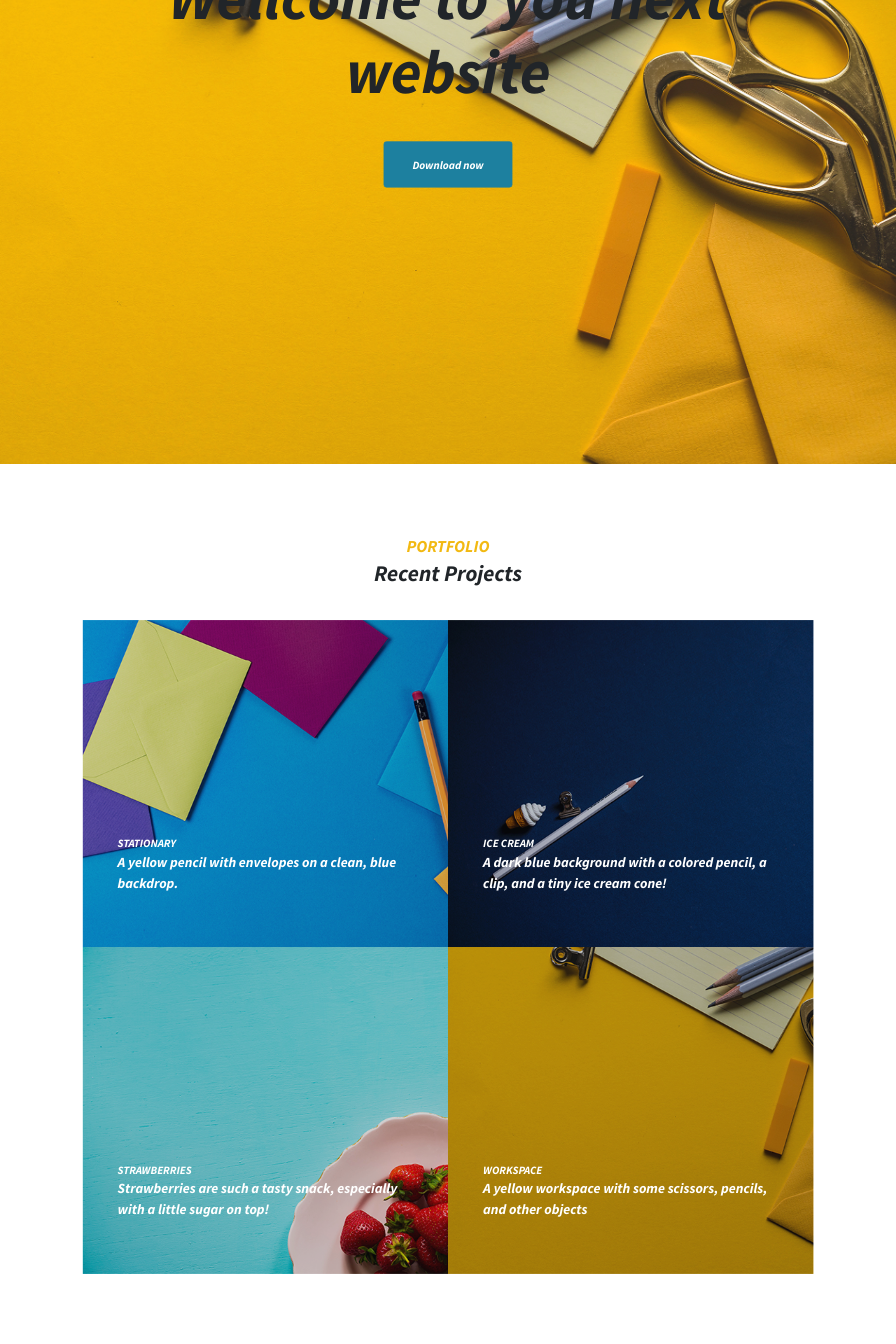
Repository: hoangpino/VE_FE_FrameWork_005
Page: lab06/index.html
An editor plug-in stored every save of this project. The page is shown before and after the next save, followed by the edit.
The browser window is 1280 px wide. The pictures show the part of the page from y = 2217 to 4137 px (the page is 4137 px tall), at 70% of full size.
Backgrounds fixed to the window are drawn as part of the page.

Above is the page before, as saved 2021-10-05 19:21:06.

### lab06/index.html
<!DOCTYPE html>
<html lang="en">

<head>
    <meta charset="UTF-8">
    <meta http-equiv="X-UA-Compatible" content="IE=edge">
    <meta name="viewport" content="width=device-width, initial-scale=1.0">
    <title>Portfolio</title>
    <link rel="stylesheet" href="./css/style.css" type="text/css" />
    <link rel="icon" href="./img/schools.png" />
    <link href="https://cdn.jsdelivr.net/npm/bootstrap@5.1.1/dist/css/bootstrap.min.css"
        rel="stylesheet"
        integrity="sha384-F3w7mX95PdgyTmZZMECAngseQB83DfGTowi0iMjiWaeVhAn4FJkqJByhZMI3AhiU"
        crossorigin="anonymous" />
    <link rel="stylesheet"
        href="https://cdnjs.cloudflare.com/ajax/libs/font-awesome/6.0.0-beta2/css/all.min.css" />
    <link rel="preconnect" href="https://fonts.googleapis.com">
    <link rel="preconnect" href="https://fonts.gstatic.com" crossorigin>
    <link
        href="https://fonts.googleapis.com/css2?family=Source+Sans+Pro:ital,wght@1,700&display=swap"
        rel="stylesheet" />
    <link rel="stylesheet"
        href="https://cdn.jsdelivr.net/npm/bootstrap-icons@1.5.0/font/bootstrap-icons.css">
</head>

<body>
    <a href="" class="menu-toggle rounded" hef="#" data-bs-toggle="offcanvas"
        data-bs-target="#offcanvas-right" aria-controls="offcanvas-right">
        <i class="fas fa-bars"></i>
    </a>
    <div class="offcanvas offcanvas-end" tabindex="-1" aria-labelledby="offcanvas-right-lable"
        id="offcanvas-right">
        <div class="offcanvas-header">
            <h5 id="offcanvas-right-label">Start Bootstrap</h5>
            <button type="button" class="btn-close btn-close-white text-reset"
                data-bs-dismiss="offcanvas" aria-label="Close"></button>
        </div>
        <div class="offcanvas-body">
            <ul class="sidebar-nav">
                <li class="sidebar-nav-item"><a href="#home">Home</a></li>
                <li class="sidebar-nav-item"><a href="#about">About</a></li>
                <li class="sidebar-nav-item"><a href="#services">Services</a></li>
                <li class="sidebar-nav-item"><a href="#callout">Callout</a></li>
                <li class="sidebar-nav-item"><a href="#portfolio">Portfolio</a></li>
                <li class="sidebar-nav-item"><a href="#">Contacts</a></li>
            </ul>
        </div>
    </div>

    <!-- Header -->
    <header class="d-flex align-items-center" id="home">
        <div class="container text-center">
            <h1 class="m-1">Stylist Portfolio</h1>
            <h3 class="mb-5">A Free Bootstrap Theme by Start Bootstrap </h3>
            <a href="" class="btn btn-primary btn-xl">Find Out More</a>
        </div>
    </header>

    <!-- About -->
    <section class="d-flex align-items-center" id="about">
        <div class="container text-center">
            <h2 class="m-1">Stylish Portfolio is the perfect theme for your next project!</h2>
            <p class="mb-5">This theme features a flexible, UX friendly sidebar menu and stock
                photos from our friends at Unsplash !</p>
            <a href="" class="btn btn-primary btn-xl">Find Out More</a>
        </div>
    </section>

    <!-- Services -->
    <section class="d-flex align-items-center" id="services">
        <div class="container text-center">
            <div class="section-header">
                <h4>Services</h4>
                <h2>What we offer</h2>
            </div>
            <div class="row">
                <div class="col-lg-3 col-md-6 mt-5">
                    <span class="services-icon mx-auto mb-3"><i class="bi bi-phone"></i></span>
                    <h2>Responsive</h2>
                    <p>Looks great on any screent size!</p>
                </div>
                <div class="col-lg-3 col-md-6 mt-5">
                    <span class="services-icon mx-auto mb-3"><i class="bi bi-pencil"></i></span>
                    <h2>Redesgined</h2>
                    <p>Freshly Redesgined for Bootstrap</p>
                </div>
                <div class="col-lg-3 col-md-6 mt-5">
                    <span class="services-icon mx-auto mb-3"><i
                            class="bi bi-hand-thumbs-up"></i></span>
                    <h2>Favorited</h2>
                    <p>Millions of users &hearts; Start Bootstrap!</p>
                </div>
                <div class="col-lg-3 col-md-6 mt-5">
                    <span class="services-icon mx-auto mb-3"><i
                            class="bi bi-question-circle"></i></span>
                    <h2>Questions</h2>
                    <p>Mustache you a question</p>
                </div>
            </div>
        </div>
    </section>

    <!-- Callout -->
    <section class="d-flex aglin-items-center" id="callout">
        <div class="container px-4 px-lg-5 text-center">
            <h1 class="mb-5">Wellcome to <em>you</em> next website</h1>
            <a href="#" class="btn btn-primary btn-xl">Download now</a>
        </div>
    </section>

    <!-- Portfolior -->
    <section class="d-flex align-items-center" id="portfolio">
        <div class="container px-4 px-lg-5 text-center">
            <div class="section-heading">
                <h4 class="m-1">Portfolio</h4>
                <h2 class="mb-5">Recent Projects</h2>
            </div>
            <div class="row gx-0">
                <div class="col-lg-6">
                    <a href="#" class="portfolio-item">
                        <div class="caption">
                            <div>Stationary</div>
                            <p>A yellow pencil with envelopes on a clean, blue backdrop.</p>
                        </div>
                        <img src="./img/portfolio-1.jpg">
                    </a>
                </div>
                <div class="col-lg-6">
                    <a href="#" class="portfolio-item">
                        <div class="caption">
                            <div>Ice Cream</div>
                            <p>A dark blue background with a colored pencil, a clip, and a tiny ice
                                cream cone!</p>
                        </div>
                        <img src="./img/portfolio-2.jpg">
                    </a>
                </div>
                <div class="col-lg-6">
                    <a href="#" class="portfolio-item">
                        <div class="caption">
                            <div>Strawberries</div>
                            <p>Strawberries are such a tasty snack, especially with a little sugar
                                on top!</p>
                        </div>
                        <img src="./img/portfolio-3.jpg">
                    </a>
                </div>
                <div class="col-lg-6">
                    <a href="#" class="portfolio-item">
                        <div class="caption">
                            <div>Workspace</div>
                            <p>A yellow workspace with some scissors, pencils, and other objects</p>
                        </div>
                        <img src="./img/portfolio-4.jpg">
                    </a>
                </div>
            </div>
        </div>
    </section>

    <script src="https://cdn.jsdelivr.net/npm/bootstrap@5.1.1/dist/js/bootstrap.bundle.min.js"
        integrity="sha384-/bQdsTh/da6pkI1MST/rWKFNjaCP5gBSY4sEBT38Q/9RBh9AH40zEOg7Hlq2THRZ"
        crossorigin="anonymous"></script>
</body>

</html>

### lab06/css/style.css
:root {
    --color-green: #1d809f;
    --color-green-dark:rgb(15, 64, 78);
    --color-dark:#343a40;
    --color-yellow: #f2b912;
}

body {
    font-family: 'Source Sans Pro', sans-serif !important;
}

* {
    margin: 0;
    padding: 0;
}
.menu-toggle {
    position: fixed;
    width: 50px;
    height: 50px;
    color: #fff;
    background-color: rgba(52,58,64,0.5);
    text-align: center;
    line-height: 50px;
    right: 15px;
    top: 15px;
}

.menu-toggle:hover {
    background-color: var(--color-dark);
    color: #fff;
}

.offcanvas {
    background-color: var(--color-green) !important;
    color: #fff;
    width: 250px;

}

.offcanvas ul {
    list-style: none;
    margin : 0;
    padding: 0;
}

.offcanvas a {
    color: #fff;
    display: block;
    padding: 15px;
    text-decoration: none;

}

.offcanvas a:hover {
    background-color: rgba(52, 58, 64, 0.2);
    color: #fff;
}

.offcanvas-body {
    padding: 0 !important;
    margin: 0;

}

.offcanvas-header {
    background-color: rgba(52, 58, 64, 0.1);
}

header {
    background: url(../img/bg-masthead.jpg);
    background-repeat: none;
    background-position: center center;
    background-size: cover;
    min-height: 100vh;
}

h1 {
    font-weight: 700 !important;
    font-size: 5.5rem !important;
}

h2 {
    font-weight: 700 !important;
    font-style: 2.0rem !important;
}

h3 {
    font-weight: 700 !important;
    font-style: 1.75rem !important;
    font-style: italic;
}

h4 {
    font-weight: 700;
    font-size: 1.0rem;
    text-transform: uppercase;
    color: var(--color-yellow);
}

p {
    font-weight: 300 !important;
    font-size: 1.25em;
}

.btn-primary {
    background-color: var(--color-green) !important;
    border-color: var(--color-green) !important;
}

.btn-primary:active, .btn-primary:hover {
    background-color: var(--color-green-dark) !important;
    border-color: var(--color-green-dark) !important;
}

.btn-xl {
    padding: 1.25em 2.5em !important;
}

#about {
    min-height: 100vh;
}

#services {
    min-height: 100vh;
    background-color: var(--color-green);
    color: #fff;
}

.services-icon {
    background-color:#fff !important;
    color: var(--color-green);
    height:7rem;
    width: 7rem;
    display: block;
    line-height: 7rem;
    text-align: center;
    font-size: 2.5em;
    border-radius: 50%;
}

#callout {
    min-height: 100vh;
    background: url(../img/bg-callout.jpg);
    background-repeat: none;
    background-position: top center;
    background-size: cover;
    background-attachment: fixed;
}

#portfolio {
    min-height: 100vh;
    padding: 100px 0;
}

.portfolio-item {
    margin: 0;
    text-decoration: none;
    display: block;
    position: relative;
    overflow: hidden;
}

.portfolio-item img {
    transition: clip-path 0.25s ease-out, -webkit-transform 0.25s ease-out;
    -webkit-clip-path: inset(-1px);
    clip-path: inset(-1px);
    min-width: 100%;
}

.caption {
    height: 100%;
    width: 100%;
    position: absolute;
    top: 0;
    bottom: 0;
    background-color: rgba(33, 37, 41, 0.2);
    color: #fff;
    text-align: left;
    padding: 50px;
    z-index: 1;
    font-size: 1rem;
}

.caption div {
    margin-top: 16rem;
    text-transform: uppercase;
    font-weight: 700;
}

After the next save:
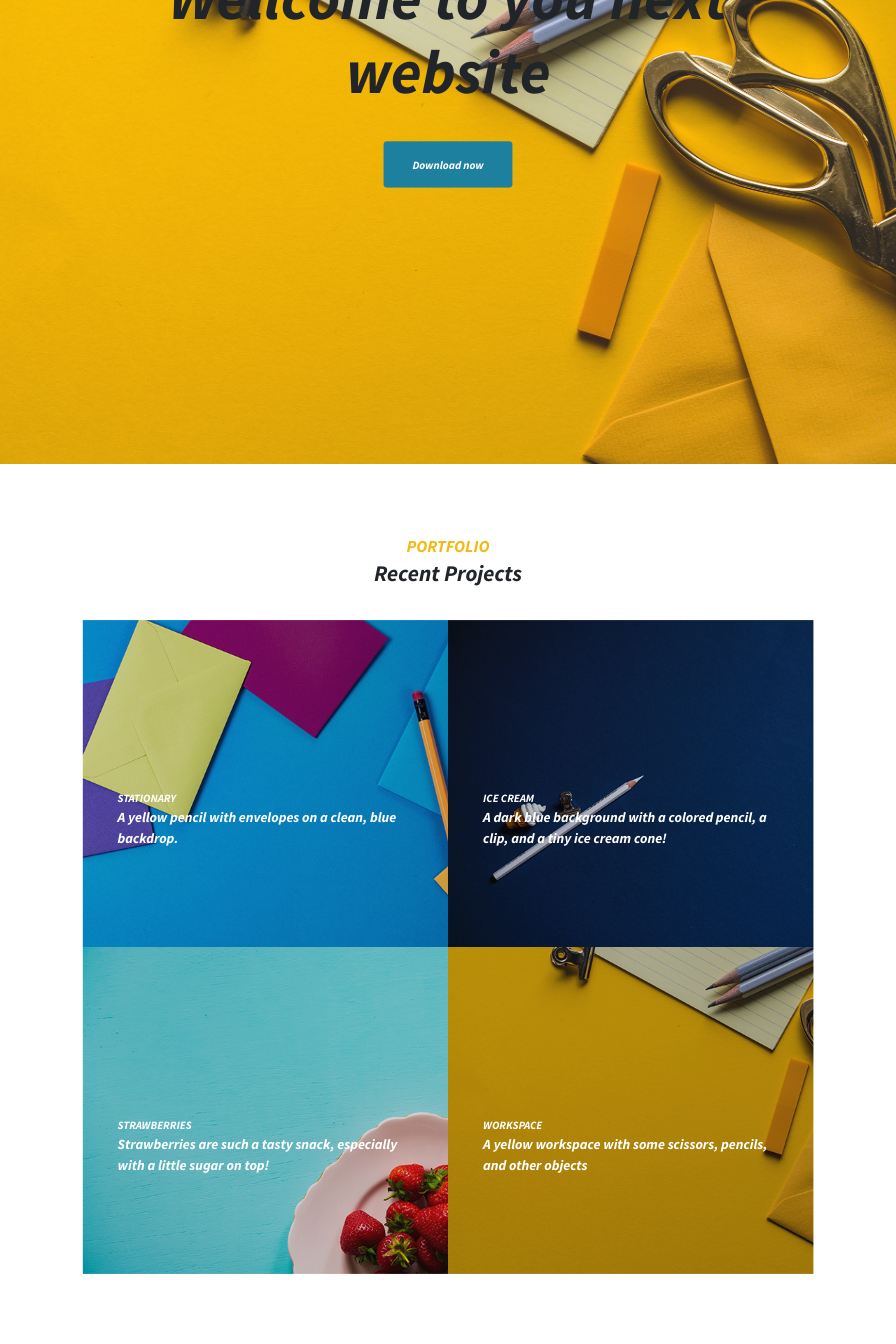
Saved 76 s later.
--- a/lab06/css/style.css
+++ b/lab06/css/style.css
@@ -182,7 +182,7 @@
 }
 
 .caption div {
-    margin-top: 16rem;
+    margin-top: 12rem;
     text-transform: uppercase;
     font-weight: 700;
 }
